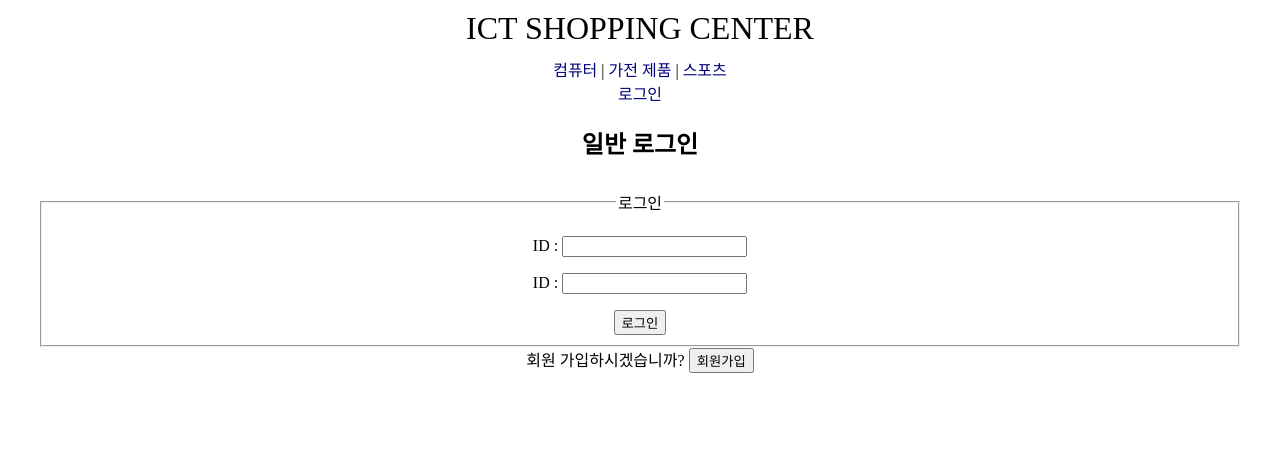
Repository: xlz5000/ICT
Page: http://localhost/spring_mvc02/WEB-INF/views/day09/loginForm.jsp
These files come from the project's save history. The page is drawn as it stood at one moment and after a run of saves; the edit follows.
The browser window is 1280 px wide. The pictures show the whole page.
The page is served by Tomcat 9. Nobody is signed in. Other server files are loaded and not shown. The template is opened directly, without the code that normally fills it, so the values that code supplies are empty.

Above is the page before, as saved 2025-04-17 00:45:25.

### spring_mvc02/src/main/webapp/WEB-INF/views/day09/loginForm.jsp
<%@ page language="java" contentType="text/html; charset=UTF-8"
    pageEncoding="UTF-8"%>
<%@taglib prefix="c" uri="http://java.sun.com/jsp/jstl/core" %>
<!DOCTYPE html>
<html>
<head>
<meta charset="UTF-8">
<title>Insert title here</title>
<style type="text/css">

#container{
	width: 500px;
	margin: 0 auto;
	text-align:left;

}


h2{
text-align: center;

}

</style>
</head>
<body>

<%@ include file="../day08/top.jsp" %>
	<div>
	<h2>일반 로그인</h2>
	<div id="login" style="margin: 30px;">
		<form action="/members_login_ok" method="post">
			<fieldset>
				<legend>로그인</legend>
				<p><label for="m_id">ID : <input type="text" id="m_id" name="m_id" required></label></p>
				<p><label for="m_pw">ID : <input type="password" id="m_pw" name="m_pw" required></label></p>
				<input type="submit" value="로그인">


			</fieldset>

		</form>
		<form action="/members_join" method="post">
			회원 가입하시겠습니까? <input type="submit" value="회원가입">


		</form>

	</div>
</div>
</body>
</html>

### spring_mvc02/src/main/webapp/WEB-INF/views/day08/top.jsp
<%@ page language="java" contentType="text/html; charset=UTF-8"
	pageEncoding="UTF-8"%>
<%@ taglib prefix="c" uri="http://java.sun.com/jsp/jstl/core" %>
<!DOCTYPE html>
<html>
<head>
<meta charset="UTF-8">
<title>Insert title here</title>
<style>
a:link {
	text-decoration: none;
	color: navy
}

a:visited {
	text-decoration: none;
	color: navy
}

a:hover {
	text-decoration: none;
	color: red
}

body {
	text-align: center
}

hr {
	width: 600px;
	border: 1px;
	color: navy;
}

div#header, div#nav {
	width: 600px;
	margin: 10px auto;
	text-align: center;
}

div#wrap {
	margin: 0 auto;
}


.title{
	font-size: 32px;

}
</style>
</head>
<body>
	<div id="wrap">

		<div id="header">
			<span class="title"> ICT SHOPPING CENTER </span>
		</div>

		<div id="nav">
			<a href="/day08?category=com001">컴퓨터</a> |
			<a href="/day08?category=ele002">가전 제품</a> |
			<a href="/day08?category=sp003">스포츠</a>


		<div id="log">
			<c:choose>
				<c:when test="${loginchk == 'ok' }">
				 ~~~님 환영합니다. |


				</c:when>
				<c:otherwise>
					<a href="/members_loginForm">로그인</a>


				</c:otherwise>



			</c:choose>


			</div>
		</div>
	</div>
</body>
</html>

After the next 2 saves:
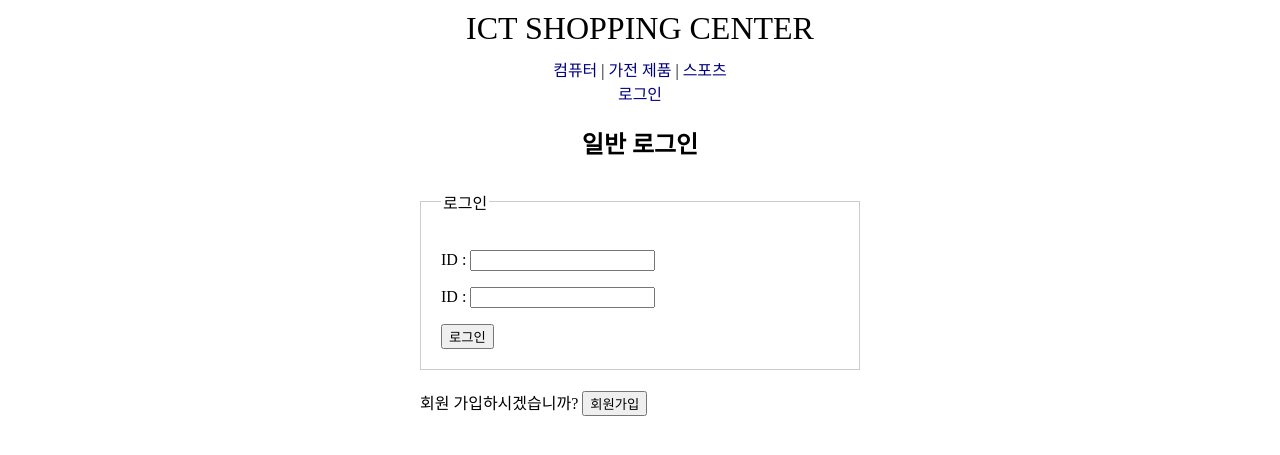
The 2 saves are shown as one change because they came seconds apart.
The last was saved 61 s later.
--- a/spring_mvc02/src/main/webapp/WEB-INF/views/day09/loginForm.jsp
+++ b/spring_mvc02/src/main/webapp/WEB-INF/views/day09/loginForm.jsp
@@ -10,8 +10,8 @@
 
 #container{
 	width: 500px;
-	margin: 0 auto;
-	text-align:left;
+	margin: 0 auto; /*중앙위치*/
+	text-align:left; /*내부 폼요소 왼쪽 정렬*/
 
 }
 
@@ -21,12 +21,19 @@ text-align: center;
 
 }
 
+fieldset{
+margin: 20px 0;
+padding: 20px;
+border: 1px solid #ccc;
+
+}
+
 </style>
 </head>
 <body>
 
 <%@ include file="../day08/top.jsp" %>
-	<div>
+	<div id="container">
 	<h2>일반 로그인</h2>
 	<div id="login" style="margin: 30px;">
 		<form action="/members_login_ok" method="post">
